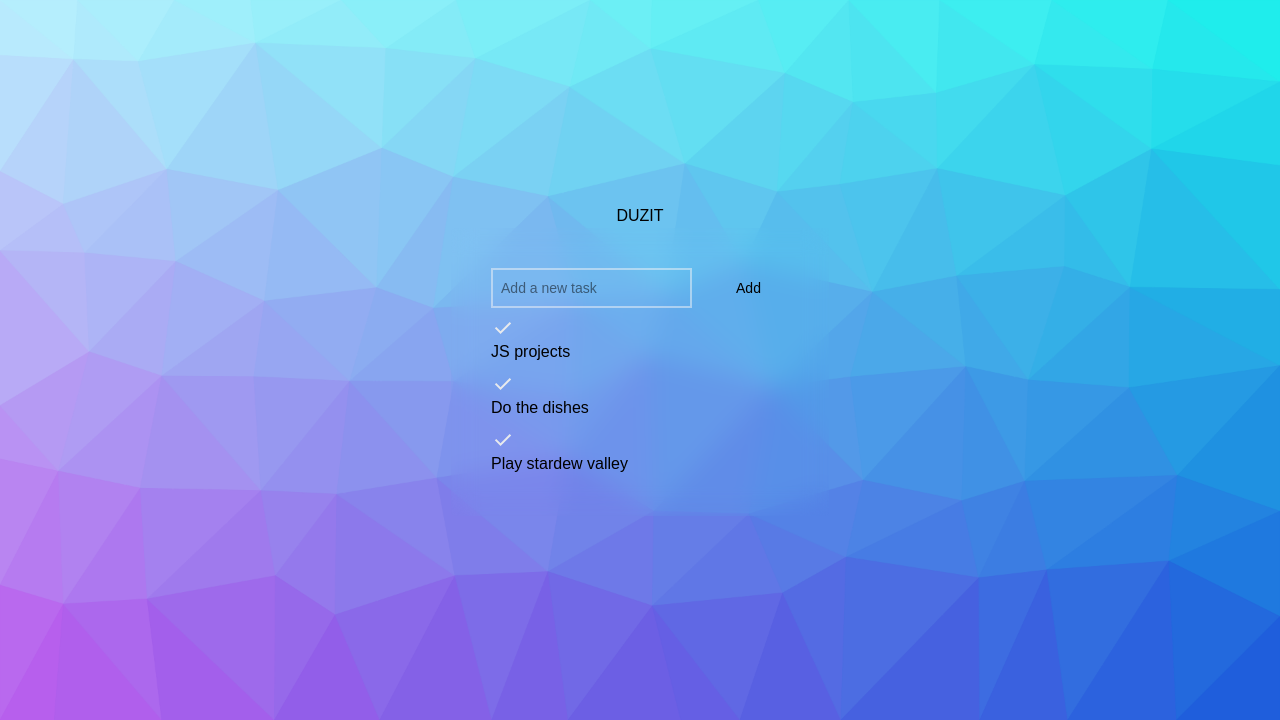
Repository: milkybeargeek/JavaScript-Projects
Page: Duzit/src/index.html
These files come from the project's save history. The page is drawn as it stood at one moment and after the next save; the edit follows.
The browser window is 1280 px wide. The pictures show the whole page.
Some web fonts or font styles are not loaded; a fallback is used. Some web libraries are served in a nearby version.

Above is the page before, as saved 2025-02-15 21:20:26.

After the next save:
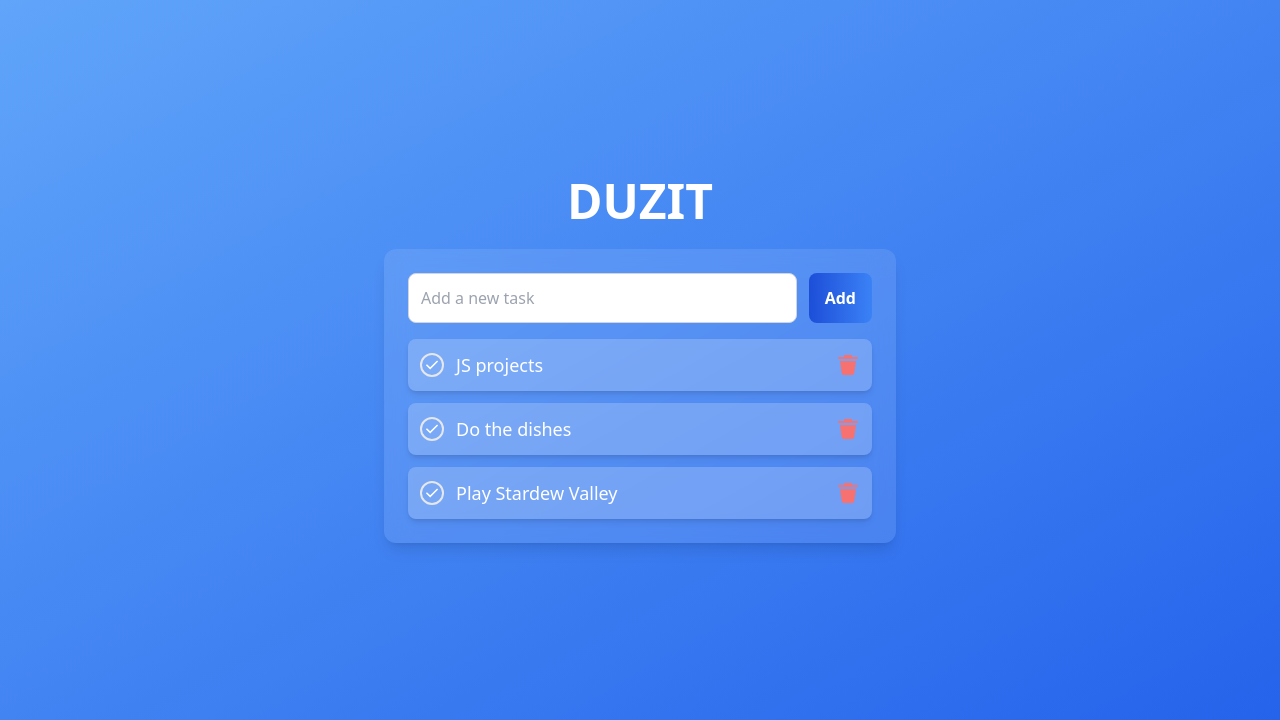
Saved 7 min 58 s later.
--- a/Duzit/src/index.html
+++ b/Duzit/src/index.html
@@ -1,72 +1,78 @@
-<!doctype html>
-<html>
+<!DOCTYPE html>
+<html lang="en">
 
 <head>
     <meta charset="UTF-8">
     <meta name="viewport" content="width=device-width, initial-scale=1.0">
-    <link href="./style.css" rel="stylesheet">
+    <script src="https://cdn.tailwindcss.com"></script>
     <title>Duzit</title>
-
 </head>
 
-<body
-    class=" bg-[url('../bg-poly.png')] bg-cover bg-center bg-fix bg-no-repeat flex flex-col p-4 items-center justify-center h-screen">
-    <h1 class=" text-5xl mb-5 font-extrabold uppercase text-center">Duzit</h1>
-    <div
-        class="wrapper w-3xl max-w-full rounded-xl backdrop-filter backdrop-blur-md bg-opacity-0 border-3 border-gray-100/50  flex flex-col gap-3 p-10">
-        <form class="flex flex-row gap-x-6 gap-y-2">
+<body class="bg-gradient-to-br from-blue-400 to-blue-600 min-h-screen flex flex-col items-center justify-center p-4">
+
+    <h1 class="text-4xl md:text-5xl font-extrabold text-white uppercase mb-6">Duzit</h1>
+
+    <div class="w-full max-w-lg bg-white/10 backdrop-blur-md rounded-xl p-6 shadow-lg">
+        <!-- Task Input Form -->
+        <form class="flex gap-3 mb-4">
             <input id="todo-input" type="text" placeholder="Add a new task" autocomplete="off"
-                class="border-2 border-gray-100/50  rounded-xl p-2 w-full h-fit box-border font-black text-sm focus:ring-2 focus:outline-none focus:ring-blue-400 dark:focus:ring-blue-200">
+                class="w-full p-3 rounded-lg border border-gray-300 focus:outline-none focus:ring-2 focus:ring-blue-400">
             <button id="add-todo"
-                class="text-black bg-gradient-to-tl from-blue-800 to-blue-400 hover:bg-gradient-to-br focus:ring-3 focus:outline-none focus:ring-blue-200 dark:focus:ring-blue-200 font-bold rounded-xl text-sm px-5 py-2.5 text-center me-2 mb-2">Add</button>
+                class="bg-gradient-to-r from-blue-700 to-blue-500 text-white font-bold px-4 py-2 rounded-lg hover:opacity-90">
+                Add
+            </button>
         </form>
-        <ul id="todo-list" class="flex flex-col gap-2">
-            <li class="todo-item">
-                <input class="hidden" type="checkbox" id="todo-1">
-                <label class="custom-checkbox" for="todo-1">
-                    <svg xmlns="http://www.w3.org/2000/svg" height="24px" viewBox="0 -960 960 960" width="24px"
-                        fill="#e8eaed">
+
+        <!-- Task List -->
+        <ul id="todo-list" class="space-y-3">
+            <li class="flex items-center bg-white/20 rounded-lg p-3 shadow-md">
+                <input type="checkbox" id="todo-1" class="hidden">
+                <label for="todo-1"
+                    class="w-6 h-6 flex items-center justify-center rounded-full border-2 border-gray-200 cursor-pointer">
+                    <svg xmlns="http://www.w3.org/2000/svg" height="18px" width="18px" viewBox="0 -960 960 960"
+                        fill="white">
                         <path d="M382-240 154-468l57-57 171 171 367-367 57 57-424 424Z" />
                     </svg>
                 </label>
-                <label for="todo-1" class="todo-text">JS projects
-                </label>
-                <button class="delete-todo">
-                    <svg xmlns="http://www.w3.org/2000/svg" viewBox="0 0 24 24">
+                <span class="ml-3 text-white text-lg flex-grow">JS projects</span>
+                <button class="text-red-400 hover:text-red-500">
+                    <svg xmlns="http://www.w3.org/2000/svg" height="24px" viewBox="0 0 24 24" fill="currentColor">
                         <path
                             d="M5.755 20.283 4 8h16l-1.755 12.283A2 2 0 0 1 16.265 22h-8.53a2 2 0 0 1-1.98-1.717zM21 4h-5V3a1 1 0 0 0-1-1H9a1 1 0 0 0-1 1v1H3a1 1 0 0 0 0 2h18a1 1 0 0 0 0-2z" />
                     </svg>
                 </button>
             </li>
-            <li class="todo-item">
-                <input class="hidden" type="checkbox" id="todo-2">
-                <label class="custom-checkbox" for="todo-2">
-                    <svg xmlns="http://www.w3.org/2000/svg" height="24px" viewBox="0 -960 960 960" width="24px"
-                        fill="#e8eaed">
+
+            <li class="flex items-center bg-white/20 rounded-lg p-3 shadow-md">
+                <input type="checkbox" id="todo-2" class="hidden">
+                <label for="todo-2"
+                    class="w-6 h-6 flex items-center justify-center rounded-full border-2 border-gray-200 cursor-pointer">
+                    <svg xmlns="http://www.w3.org/2000/svg" height="18px" width="18px" viewBox="0 -960 960 960"
+                        fill="white">
                         <path d="M382-240 154-468l57-57 171 171 367-367 57 57-424 424Z" />
                     </svg>
                 </label>
-                <label for="todo-2" class="todo-text">Do the dishes
-                </label>
-                <button class="delete-todo">
-                    <svg xmlns="http://www.w3.org/2000/svg" viewBox="0 0 24 24">
+                <span class="ml-3 text-white text-lg flex-grow">Do the dishes</span>
+                <button class="text-red-400 hover:text-red-500">
+                    <svg xmlns="http://www.w3.org/2000/svg" height="24px" viewBox="0 0 24 24" fill="currentColor">
                         <path
                             d="M5.755 20.283 4 8h16l-1.755 12.283A2 2 0 0 1 16.265 22h-8.53a2 2 0 0 1-1.98-1.717zM21 4h-5V3a1 1 0 0 0-1-1H9a1 1 0 0 0-1 1v1H3a1 1 0 0 0 0 2h18a1 1 0 0 0 0-2z" />
                     </svg>
                 </button>
             </li>
-            <li class="todo-item">
-                <input class="hidden" type="checkbox" id="todo-3">
-                <label class=" custom-checkbox" for="todo-3">
-                    <svg xmlns="http://www.w3.org/2000/svg" height="24px" viewBox="0 -960 960 960" width="24px"
-                        fill="#e8eaed">
+
+            <li class="flex items-center bg-white/20 rounded-lg p-3 shadow-md">
+                <input type="checkbox" id="todo-3" class="hidden">
+                <label for="todo-3"
+                    class="w-6 h-6 flex items-center justify-center rounded-full border-2 border-gray-200 cursor-pointer">
+                    <svg xmlns="http://www.w3.org/2000/svg" height="18px" width="18px" viewBox="0 -960 960 960"
+                        fill="white">
                         <path d="M382-240 154-468l57-57 171 171 367-367 57 57-424 424Z" />
                     </svg>
                 </label>
-                <label for="todo-3" class="todo-text">Play stardew valley
-                </label>
-                <button class="delete-todo">
-                    <svg xmlns="http://www.w3.org/2000/svg" viewBox="0 0 24 24">
+                <span class="ml-3 text-white text-lg flex-grow">Play Stardew Valley</span>
+                <button class="text-red-400 hover:text-red-500">
+                    <svg xmlns="http://www.w3.org/2000/svg" height="24px" viewBox="0 0 24 24" fill="currentColor">
                         <path
                             d="M5.755 20.283 4 8h16l-1.755 12.283A2 2 0 0 1 16.265 22h-8.53a2 2 0 0 1-1.98-1.717zM21 4h-5V3a1 1 0 0 0-1-1H9a1 1 0 0 0-1 1v1H3a1 1 0 0 0 0 2h18a1 1 0 0 0 0-2z" />
                     </svg>
@@ -74,6 +80,7 @@
             </li>
         </ul>
     </div>
+
 </body>
 
 </html>

After the save that followed:
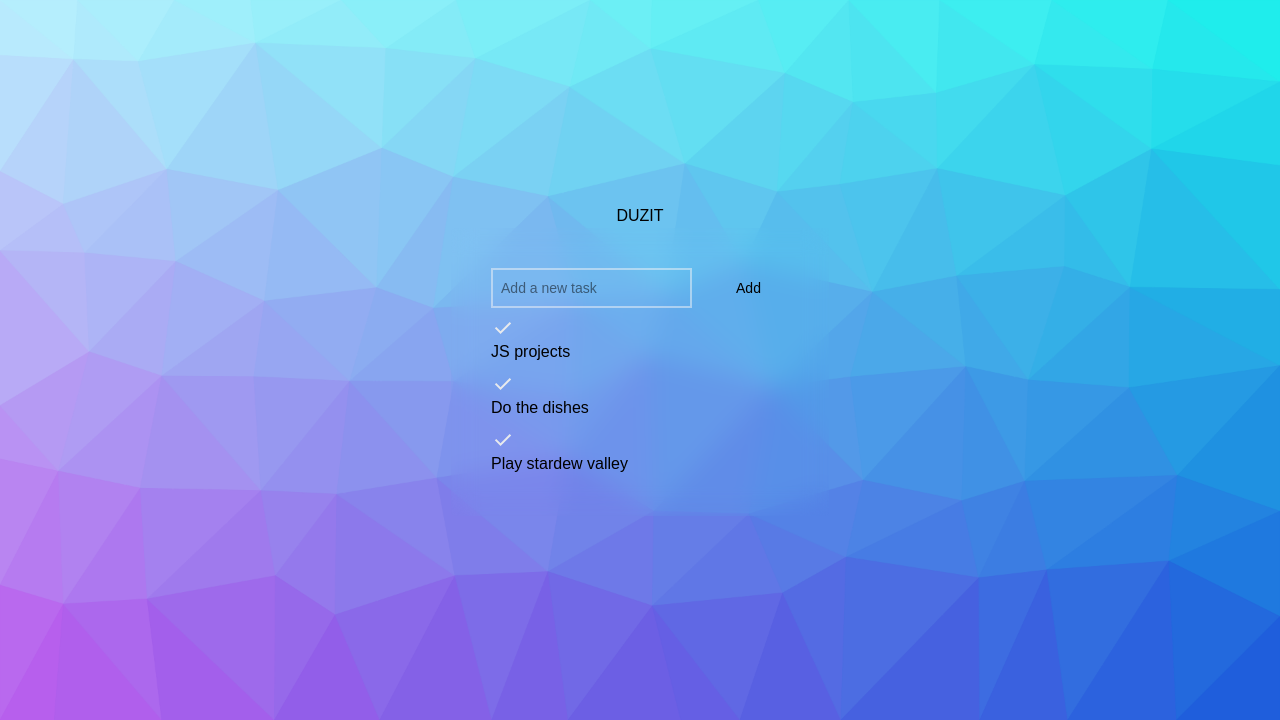
Saved 21 s later.
--- a/Duzit/src/index.html
+++ b/Duzit/src/index.html
@@ -1,78 +1,72 @@
-<!DOCTYPE html>
-<html lang="en">
+<!doctype html>
+<html>
 
 <head>
     <meta charset="UTF-8">
     <meta name="viewport" content="width=device-width, initial-scale=1.0">
-    <script src="https://cdn.tailwindcss.com"></script>
+    <link href="./style.css" rel="stylesheet">
     <title>Duzit</title>
+
 </head>
 
-<body class="bg-gradient-to-br from-blue-400 to-blue-600 min-h-screen flex flex-col items-center justify-center p-4">
-
-    <h1 class="text-4xl md:text-5xl font-extrabold text-white uppercase mb-6">Duzit</h1>
-
-    <div class="w-full max-w-lg bg-white/10 backdrop-blur-md rounded-xl p-6 shadow-lg">
-        <!-- Task Input Form -->
-        <form class="flex gap-3 mb-4">
+<body
+    class=" bg-[url('../bg-poly.png')] bg-cover bg-center bg-fix bg-no-repeat flex flex-col p-4 items-center justify-center h-screen">
+    <h1 class=" text-5xl mb-5 font-extrabold uppercase text-center">Duzit</h1>
+    <div
+        class="wrapper w-3xl max-w-full rounded-xl backdrop-filter backdrop-blur-md bg-opacity-0 border-3 border-gray-100/50  flex flex-col gap-3 p-10">
+        <form class="flex flex-row gap-x-6 gap-y-2">
             <input id="todo-input" type="text" placeholder="Add a new task" autocomplete="off"
-                class="w-full p-3 rounded-lg border border-gray-300 focus:outline-none focus:ring-2 focus:ring-blue-400">
+                class="border-2 border-gray-100/50  rounded-xl p-2 w-full h-fit box-border font-black text-sm focus:ring-2 focus:outline-none focus:ring-blue-400 dark:focus:ring-blue-200">
             <button id="add-todo"
-                class="bg-gradient-to-r from-blue-700 to-blue-500 text-white font-bold px-4 py-2 rounded-lg hover:opacity-90">
-                Add
-            </button>
+                class="text-black bg-gradient-to-tl from-blue-800 to-blue-400 hover:bg-gradient-to-br focus:ring-3 focus:outline-none focus:ring-blue-200 dark:focus:ring-blue-200 font-bold rounded-xl text-sm px-5 py-2.5 text-center me-2 mb-2">Add</button>
         </form>
-
-        <!-- Task List -->
-        <ul id="todo-list" class="space-y-3">
-            <li class="flex items-center bg-white/20 rounded-lg p-3 shadow-md">
-                <input type="checkbox" id="todo-1" class="hidden">
-                <label for="todo-1"
-                    class="w-6 h-6 flex items-center justify-center rounded-full border-2 border-gray-200 cursor-pointer">
-                    <svg xmlns="http://www.w3.org/2000/svg" height="18px" width="18px" viewBox="0 -960 960 960"
-                        fill="white">
+        <ul id="todo-list" class="flex flex-col gap-2">
+            <li class="todo-item">
+                <input class="hidden" type="checkbox" id="todo-1">
+                <label class="custom-checkbox" for="todo-1">
+                    <svg xmlns="http://www.w3.org/2000/svg" height="24px" viewBox="0 -960 960 960" width="24px"
+                        fill="#e8eaed">
                         <path d="M382-240 154-468l57-57 171 171 367-367 57 57-424 424Z" />
                     </svg>
                 </label>
-                <span class="ml-3 text-white text-lg flex-grow">JS projects</span>
-                <button class="text-red-400 hover:text-red-500">
-                    <svg xmlns="http://www.w3.org/2000/svg" height="24px" viewBox="0 0 24 24" fill="currentColor">
+                <label for="todo-1" class="todo-text">JS projects
+                </label>
+                <button class="delete-todo">
+                    <svg xmlns="http://www.w3.org/2000/svg" viewBox="0 0 24 24">
                         <path
                             d="M5.755 20.283 4 8h16l-1.755 12.283A2 2 0 0 1 16.265 22h-8.53a2 2 0 0 1-1.98-1.717zM21 4h-5V3a1 1 0 0 0-1-1H9a1 1 0 0 0-1 1v1H3a1 1 0 0 0 0 2h18a1 1 0 0 0 0-2z" />
                     </svg>
                 </button>
             </li>
-
-            <li class="flex items-center bg-white/20 rounded-lg p-3 shadow-md">
-                <input type="checkbox" id="todo-2" class="hidden">
-                <label for="todo-2"
-                    class="w-6 h-6 flex items-center justify-center rounded-full border-2 border-gray-200 cursor-pointer">
-                    <svg xmlns="http://www.w3.org/2000/svg" height="18px" width="18px" viewBox="0 -960 960 960"
-                        fill="white">
+            <li class="todo-item">
+                <input class="hidden" type="checkbox" id="todo-2">
+                <label class="custom-checkbox" for="todo-2">
+                    <svg xmlns="http://www.w3.org/2000/svg" height="24px" viewBox="0 -960 960 960" width="24px"
+                        fill="#e8eaed">
                         <path d="M382-240 154-468l57-57 171 171 367-367 57 57-424 424Z" />
                     </svg>
                 </label>
-                <span class="ml-3 text-white text-lg flex-grow">Do the dishes</span>
-                <button class="text-red-400 hover:text-red-500">
-                    <svg xmlns="http://www.w3.org/2000/svg" height="24px" viewBox="0 0 24 24" fill="currentColor">
+                <label for="todo-2" class="todo-text">Do the dishes
+                </label>
+                <button class="delete-todo">
+                    <svg xmlns="http://www.w3.org/2000/svg" viewBox="0 0 24 24">
                         <path
                             d="M5.755 20.283 4 8h16l-1.755 12.283A2 2 0 0 1 16.265 22h-8.53a2 2 0 0 1-1.98-1.717zM21 4h-5V3a1 1 0 0 0-1-1H9a1 1 0 0 0-1 1v1H3a1 1 0 0 0 0 2h18a1 1 0 0 0 0-2z" />
                     </svg>
                 </button>
             </li>
-
-            <li class="flex items-center bg-white/20 rounded-lg p-3 shadow-md">
-                <input type="checkbox" id="todo-3" class="hidden">
-                <label for="todo-3"
-                    class="w-6 h-6 flex items-center justify-center rounded-full border-2 border-gray-200 cursor-pointer">
-                    <svg xmlns="http://www.w3.org/2000/svg" height="18px" width="18px" viewBox="0 -960 960 960"
-                        fill="white">
+            <li class="todo-item">
+                <input class="hidden" type="checkbox" id="todo-3">
+                <label class=" custom-checkbox" for="todo-3">
+                    <svg xmlns="http://www.w3.org/2000/svg" height="24px" viewBox="0 -960 960 960" width="24px"
+                        fill="#e8eaed">
                         <path d="M382-240 154-468l57-57 171 171 367-367 57 57-424 424Z" />
                     </svg>
                 </label>
-                <span class="ml-3 text-white text-lg flex-grow">Play Stardew Valley</span>
-                <button class="text-red-400 hover:text-red-500">
-                    <svg xmlns="http://www.w3.org/2000/svg" height="24px" viewBox="0 0 24 24" fill="currentColor">
+                <label for="todo-3" class="todo-text">Play stardew valley
+                </label>
+                <button class="delete-todo">
+                    <svg xmlns="http://www.w3.org/2000/svg" viewBox="0 0 24 24">
                         <path
                             d="M5.755 20.283 4 8h16l-1.755 12.283A2 2 0 0 1 16.265 22h-8.53a2 2 0 0 1-1.98-1.717zM21 4h-5V3a1 1 0 0 0-1-1H9a1 1 0 0 0-1 1v1H3a1 1 0 0 0 0 2h18a1 1 0 0 0 0-2z" />
                     </svg>
@@ -80,7 +74,6 @@
             </li>
         </ul>
     </div>
-
 </body>
 
 </html>
